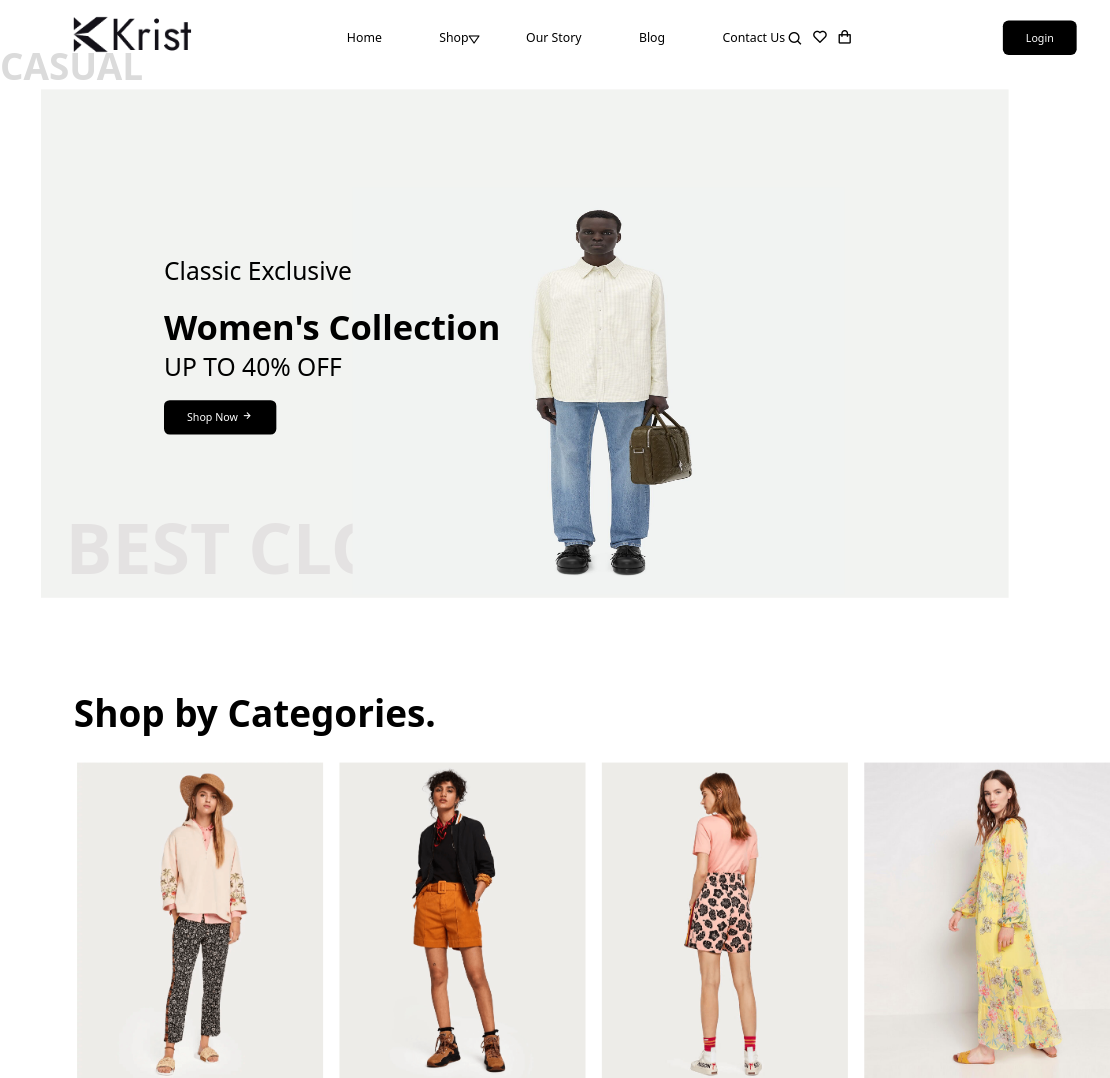
Repository: isaacCodes1/Krist-Website
Page: index.html
The author's editor kept a copy of each file at every save. The page is drawn from the files as they stood at one save, then again after the next save.
The browser window is 1280 px wide. The page is 1354 px wide, so the pictures cover 1354 px, including what lies to the right of the window. The pictures show the whole page, at 82% of full size.

Above is the page before, as saved 2024-04-01 10:52:11.

After the next save:
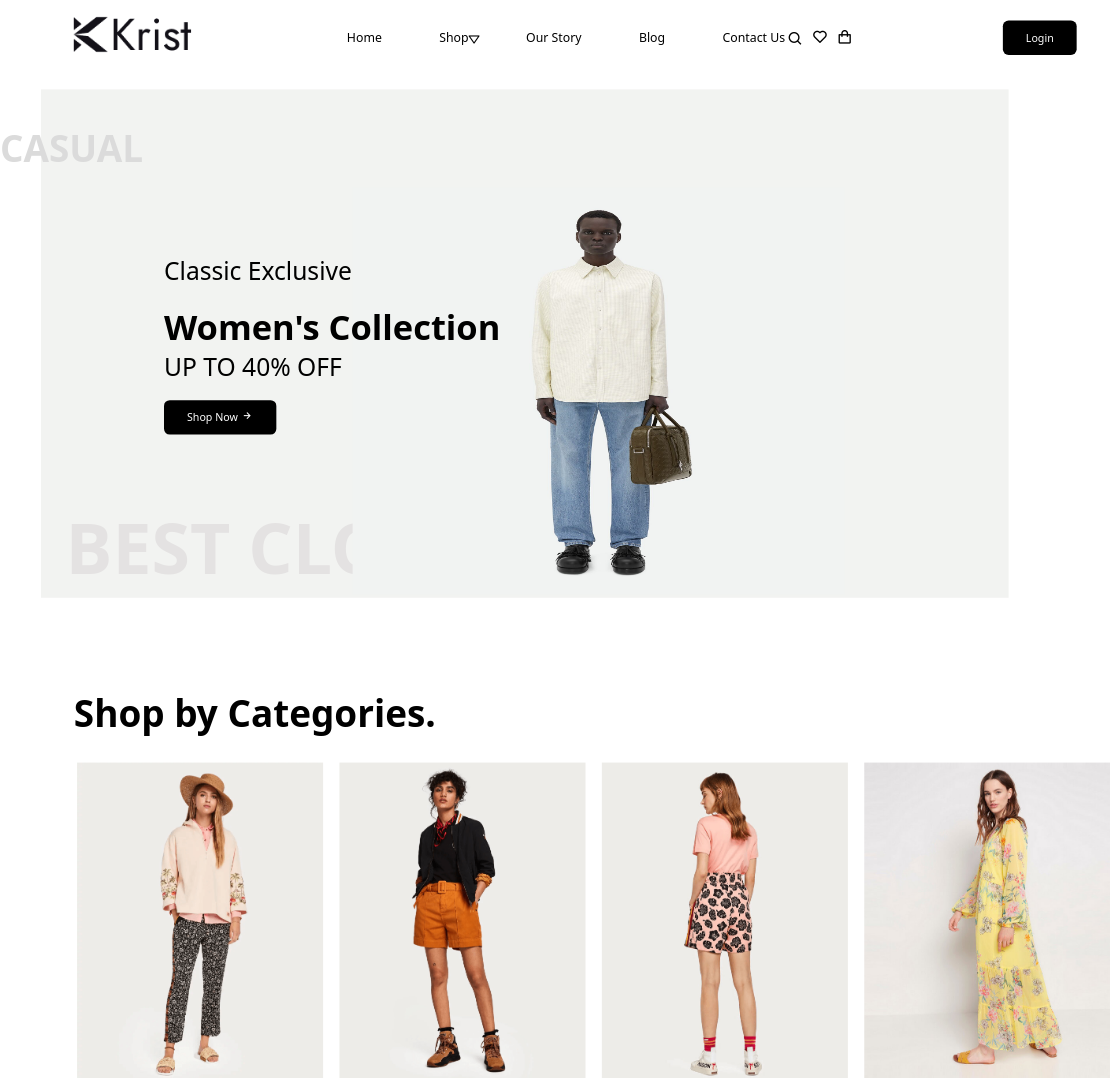
Saved 6 s later.
--- a/style.css
+++ b/style.css
@@ -162,5 +162,5 @@ button:hover {
   font-size: 45px;
   color: #dbdbdb;
   position: absolute;
-  top: 50px;
+  top: 150px;
 }
